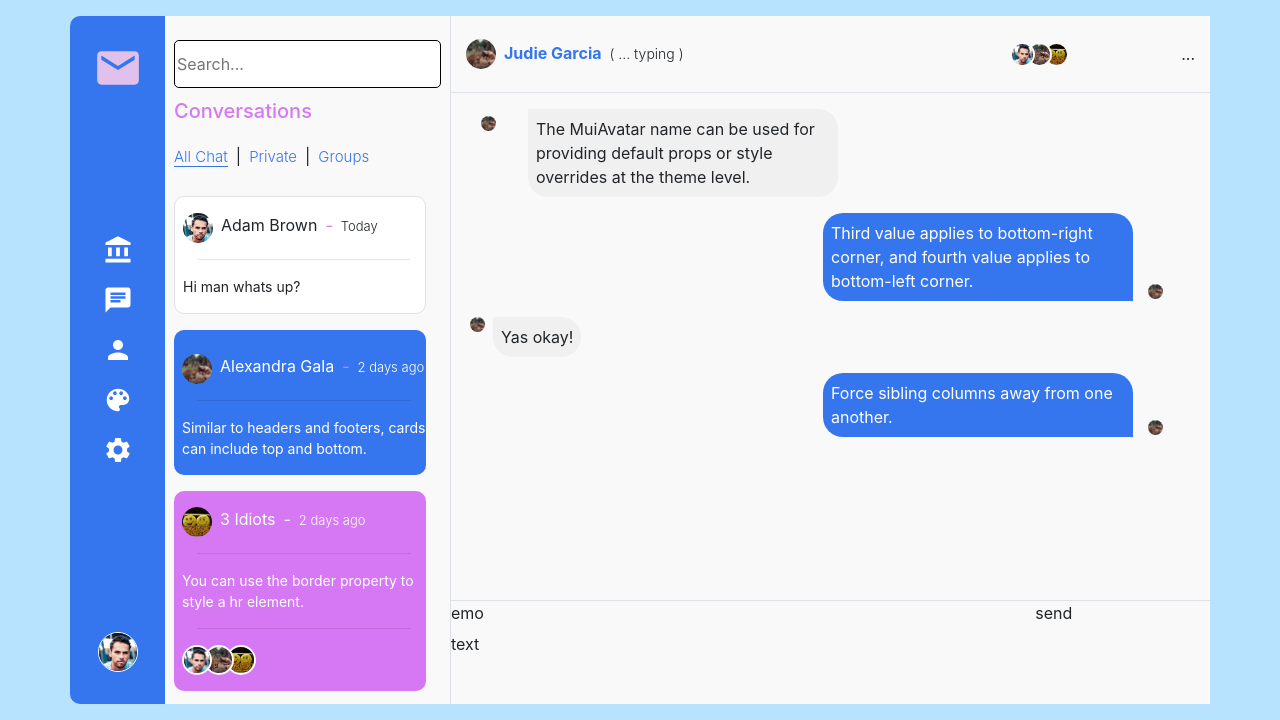
Repository: arafat877/super-chat
Page: /
The author's editor kept a copy of each file at every save. The page is drawn from the files as they stood at one save, then again after the next save.
The browser window is 1280 px wide. The pictures show the whole page.
The project was rebuilt for these pictures with package versions that can differ from the ones it lists, and the page was loaded fresh each time.

Above is the page before, as saved 2020-08-07 02:27:34.

### public/index.html
<!DOCTYPE html>
<html lang="en">
  <head>
    <meta charset="utf-8" />
    <meta name="viewport" content="width=device-width, initial-scale=1" />
    <meta name="theme-color" content="#000000" />
    <meta
      name="description"
      content="Chat application with node.js, express, react.js, mongoDb and socket.io"
    />
    <link rel="stylesheet" href="styles.css" />
    <link
      rel="stylesheet"
      href="https://maxcdn.bootstrapcdn.com/bootstrap/4.5.0/css/bootstrap.min.css"
      integrity="sha384-9aIt2nRpC12Uk9gS9baDl411NQApFmC26EwAOH8WgZl5MYYxFfc+NcPb1dKGj7Sk"
      crossorigin="anonymous"
    />
    <link
      href="https://fonts.googleapis.com/css2?family=Roboto:wght@100;300;400;500;700;900&display=swap"
      rel="stylesheet"
    />

    <title>Super Chat</title>
  </head>
  <body>
    <noscript>You need to enable JavaScript to run this app.</noscript>
    <div id="root"></div>
  </body>
</html>

### src/App.js
import React from "react";
import "./App.scss";
import {
  Email,
  Chat,
  Person,
  Settings,
  Palette,
  AccountBalance,
} from "@material-ui/icons";

import { Avatar } from "@material-ui/core";
import { AvatarGroup } from "@material-ui/lab";

function App() {
  return (
    <div className="appContainer vh-100 d-flex">
      <div className="container mt-3 mb-3 appWrapper">
        <div className="row h-100">
          <div className="col-1 d-none d-sm-none d-md-block container h-100 firstCol">
            <div className="row logoRow justify-content-center">
              <Email className="m-auto logo" />
            </div>
            <div className="row menuRow">
              <ul className="menuList m-auto p-0">
                <li className="menuItem">
                  <AccountBalance className="menuItemIcon" />
                </li>
                <li className="menuItem">
                  <Chat className="menuItemIcon" />
                </li>
                <li className="menuItem">
                  <Person className="menuItemIcon" />
                </li>
                <li className="menuItem">
                  <Palette className="menuItemIcon" />
                </li>
                <li className="menuItem">
                  <Settings className="menuItemIcon" />
                </li>
              </ul>
            </div>
            <div className="row photoRow justify-content-center">
              <img
                className="m-auto profilePhoto"
                src={require("./assets/m1.jpeg")}
                alt="profile"
              />
            </div>
          </div>
          <div className="col-3 container h-100 secondCol p-4">
            <div className="row searchRow">
              <input className="searchInput" placeholder="Search..." />
            </div>
            <div className="row convRow mt-2">
              <span className="convSpan">Conversations</span>
            </div>
            <div className="row selectRow mb-1">
              <ul className="selectionList pl-0">
                <li
                  className="selectionListItem d-inline mr-2"
                  style={{ borderBottom: "solid 0.05px #3576ef" }}
                >
                  All Chat
                </li>
                |
                <li className="selectionListItem d-inline mr-2 ml-2">
                  Private
                </li>
                |
                <li className="selectionListItem d-inline mr-2 ml-2">Groups</li>
              </ul>
            </div>
            <div className="row groupsRow">
              <div className="container">
                <div className="row convCard pt-3 pb-3 pl-2 mt-3">
                  <div className="container">
                    <div className="row">
                      <img
                        className="userProfilePicture"
                        src={require("./assets/m1.jpeg")}
                        alt="User Profile"
                      />
                      <span className="userName ml-2">Adam Brown</span>
                      <span className="dash ml-2">-</span>
                      <span className="chatDate ml-2 mt-1">Today</span>
                    </div>
                    <hr></hr>
                    <div className="row">
                      <span className="text">Hi man whats up?</span>
                    </div>
                  </div>
                </div>

                <div className="row convCardHot pt-4 pb-3 pl-2 mt-3">
                  <div className="container">
                    <div className="row">
                      <img
                        className="userProfilePicture"
                        src={require("./assets/f1.jpeg")}
                        alt="User Profile"
                      />
                      <span className="userName ml-2">Alexandra Gala</span>
                      <span className="dash ml-2">-</span>
                      <span className="chatDate ml-2 mt-1">2 days ago</span>
                    </div>
                    <hr></hr>
                    <div className="row">
                      <span className="text">
                        Similar to headers and footers, cards can include top
                        and bottom.
                      </span>
                    </div>
                  </div>
                </div>

                <div className="row convCardGroup pt-3 pb-3 pl-2 mt-3">
                  <div className="container">
                    <div className="row">
                      <img
                        className="userProfilePicture"
                        src={require("./assets/g1.jpeg")}
                        alt="User Profile"
                      />
                      <span className="userName ml-2">3 Idiots</span>
                      <span className="dash ml-2">-</span>
                      <span className="chatDate ml-2 mt-1">2 days ago</span>
                    </div>
                    <hr></hr>
                    <div className="row">
                      <span className="text">
                        You can use the border property to style a hr element.
                      </span>
                    </div>
                    <hr></hr>
                    <div className="row">
                      <AvatarGroup max={3} className="mr-4">
                        <Avatar
                          alt="Remy Sharp"
                          className="avatar"
                          src={require("./assets/m1.jpeg")}
                        />
                        <Avatar
                          alt="Travis Howard"
                          className="avatar"
                          src={require("./assets/f1.jpeg")}
                        />
                        <Avatar
                          alt="Cindy Baker"
                          className="avatar"
                          src={require("./assets/g1.jpeg")}
                        />
                      </AvatarGroup>
                    </div>
                  </div>
                </div>
              </div>
            </div>
          </div>
          <div className="col-8 container h-100 thirdCol">
            <div className="row chatInfo">
              <div className="col-6 m-auto">
                <img
                  className="infoUserPicture"
                  src={require("./assets/f1.jpeg")}
                  alt="User Profile"
                />
                <span className="infoUserName ml-2">Judie Garcia</span>
                <span className="infoTyping ml-2">( ... typing )</span>
              </div>
              <div className="col-4 mt-auto mb-auto justify-content-right infoGroup">
                <AvatarGroup max={3} className="float-right">
                  <Avatar
                    alt="Remy Sharp"
                    className="avatar"
                    src={require("./assets/m1.jpeg")}
                  />
                  <Avatar
                    alt="Travis Howard"
                    className="avatar"
                    src={require("./assets/f1.jpeg")}
                  />
                  <Avatar
                    alt="Cindy Baker"
                    className="avatar"
                    src={require("./assets/g1.jpeg")}
                  />
                </AvatarGroup>
              </div>
              <div className="col-2 m-auto">
                <span className="float-right">...</span>
              </div>
            </div>
            <div className="row chatMessages">
              <div className="container">
                {/* MessageRow */}
                <div className="row messageRow ml-0 mt-3">
                  <div className="col-1">
                    <img
                      className="messageUserProfilePicture mb-auto"
                      src={require("./assets/f1.jpeg")}
                      alt="User Profile"
                    />
                  </div>
                  <div className="col-5 ml-0 text p-2">
                    The MuiAvatar name can be used for providing default props
                    or style overrides at the theme level.
                  </div>
                </div>

                {/* MessageRow Owner*/}
                <div className="row messageRowOwner mr-0 mt-3">
                  <div className="col-5 offset-6 text p-2">
                    Third value applies to bottom-right corner, and fourth value
                    applies to bottom-left corner.
                  </div>
                  <div className="col-1 mt-auto float-right">
                    <img
                      className="messageUserProfilePicture "
                      src={require("./assets/f1.jpeg")}
                      alt="User Profile"
                    />
                  </div>
                </div>
                {/* MessageRow */}
                <div className="row messageRow ml-1 mt-3">
                  <img
                    className="messageUserProfilePicture mb-auto mr-2"
                    src={require("./assets/f1.jpeg")}
                    alt="User Profile"
                  />
                  <div className="text p-2">Yas okay!</div>
                </div>
                {/* MessageRow */}
                <div className="row messageRowOwner mr-0 mt-3">
                  <div className="col-5 offset-6 text p-2">
                    Force sibling columns away from one another.
                  </div>
                  <div className="col-1 mt-auto float-right">
                    <img
                      className="messageUserProfilePicture "
                      src={require("./assets/f1.jpeg")}
                      alt="User Profile"
                    />
                  </div>
                </div>
                {/* MessageRow */}
              </div>
            </div>
            <div className="row chatInput">
              <div className="col-md-9 container">
                <div className="row inputEmoji">emo</div>
                <div className="row inputText">text</div>
              </div>
              <div className="col-md-3">send</div>
            </div>
          </div>
        </div>
      </div>
    </div>
  );
}

export default App;

### src/App.scss
.appContainer {
  background-color: #b7e3fe;

  .appWrapper {
    background-color: #3576ef;
    border-radius: 10px;

    .firstCol {
      .logoRow {
        height: 15%;

        .logo {
          font-size: 50px;
          color: rgb(226, 192, 236);
        }
      }
      .menuRow {
        height: 70%;

        .menuList {
          list-style: none;

          .menuItem {
            margin-bottom: 20px;

            .menuItemIcon {
              font-size: 30px;
              color: white;
            }
          }
        }
      }
      .photoRow {
        height: 15%;

        .profilePhoto {
          height: 40px;
          width: 40px;
          border: solid thin white;
          border-radius: 50%;
          object-fit: cover;
        }
      }
    }

    .secondCol {
      background-color: #f9f9f9;

      .searchRow {
        height: 7.5%;

        .searchInput {
          width: 100%;
          border: solid 0.5px;
          background-color: white;
          border-radius: 5px;

          &:focus {
            outline: none;
          }
        }
      }

      .convRow {
        height: 7.5%;

        .convSpan {
          font-weight: 500;
          font-size: 20px;
          color: rgb(214, 120, 243);
        }
      }
      .selectRow {
        height: 5%;

        .selectionList {
          list-style: none;

          .selectionListItem {
            font-weight: 300;
            font-size: 15px;
            color: #3576ef;
          }
        }
      }

      ::-webkit-scrollbar {
        width: 5px;
        height: 5px;
      }

      ::-webkit-scrollbar-track {
        background: white; /* color of the tracking area */
      }

      ::-webkit-scrollbar-thumb {
        background-color: #b5caf0; /* color of the scroll thumb */
        border-radius: 5px; /* roundness of the scroll thumb */
      }

      .groupsRow {
        height: 80%;
        overflow-y: scroll;

        .convCard {
          background-color: white;
          border: solid 0.5px #dee2e6;
          border-radius: 10px;
          margin-right: 0;

          .userProfilePicture {
            height: 30px;
            width: 30px;
            border-radius: 50%;
            object-fit: cover;
          }

          .userName {
            // color: white;
          }

          .dash {
            color: rgb(214, 120, 243);
          }

          .chatDate {
            // color: white;
            font-size: 13px;
            font-weight: 300;
          }

          .text {
            // color: white;
            font-size: 14px;
          }
        }

        .convCardHot {
          background-color: #3576ef;
          border-radius: 10px;
          margin-right: 0;

          .userProfilePicture {
            height: 30px;
            width: 30px;
            border-radius: 50%;
            object-fit: cover;
          }

          .userName {
            color: white;
          }

          .dash {
            color: rgb(214, 120, 243);
          }

          .chatDate {
            color: white;
            font-size: 13px;
            font-weight: 300;
          }

          .hr {
            border-color: rgb(214, 120, 243);
            margin-bottom: 5px;
          }

          .text {
            color: white;
            font-size: 14px;
          }
        }

        .convCardGroup {
          background-color: rgb(214, 120, 243);
          border-radius: 10px;
          margin-right: 0;

          .userProfilePicture {
            height: 30px;
            width: 30px;
            border-radius: 50%;
            object-fit: cover;
          }

          .userName {
            color: white;
          }

          .dash {
            color: white;
          }

          .chatDate {
            color: white;
            font-size: 13px;
            font-weight: 300;
          }

          .hr {
            border-color: rgb(214, 120, 243);
            margin-bottom: 5px;
          }

          .text {
            color: white;
            font-size: 14px;
          }

          .avatar {
            height: 30px;
            width: 30px;
          }
        }
      }
    }

    .thirdCol {
      background-color: #f9f9f9;
      border-left: solid thin #dee2e6;

      .chatInfo {
        height: 11.25%;
        border-bottom: solid thin #dee2e6;

        .infoUserPicture {
          height: 30px;
          width: 30px;
          border-radius: 50%;
          object-fit: cover;
        }

        .infoUserName {
          color: #3576ef;
          font-weight: 700;
        }

        .infoTyping {
          font-size: 14px;
          font-weight: 300;
        }

        .infoGroup {
          .avatar {
            height: 25px;
            width: 25px;
          }
        }
      }
      .chatMessages {
        height: 73.75%;
        border-bottom: solid thin #dee2e6;

        .messageRow {
          .messageUserProfilePicture {
            height: 15px;
            width: 15px;
            border-radius: 50%;
            object-fit: cover;
          }

          .text {
            background-color: #f0f0f0;
            border-radius: 0px 20px 20px 20px;
          }
        }

        .messageRowOwner {
            .messageUserProfilePicture {
              height: 15px;
              width: 15px;
              border-radius: 50%;
              object-fit: cover;
            }

            .text {
              background-color: #3576ef;
              color: white;
              border-radius: 20px 20px 0px 20px;
            }
          }

      }
      .chatInput {
        height: 15%;

        .inputEmoji {
          height: 30%;
        }
        .inputText {
          height: 70%;
        }
      }
    }
  }
}

Loaded but not shown: src/index.js (common file); public/styles.css (common file)

After the next save:
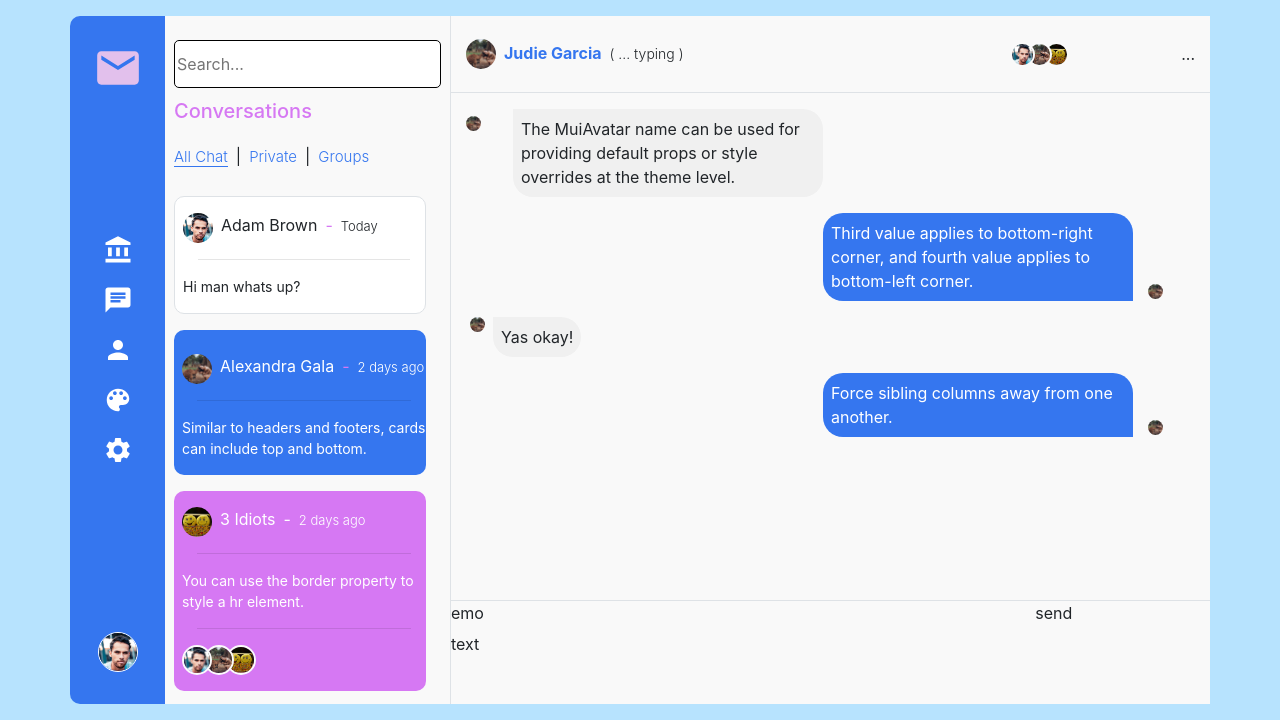
Saved 11 s later.
--- a/src/App.js
+++ b/src/App.js
@@ -194,7 +194,7 @@ function App() {
             <div className="row chatMessages">
               <div className="container">
                 {/* MessageRow */}
-                <div className="row messageRow ml-0 mt-3">
+                <div className="row messageRow mr-0 mt-3">
                   <div className="col-1">
                     <img
                       className="messageUserProfilePicture mb-auto"
@@ -202,7 +202,7 @@ function App() {
                       alt="User Profile"
                     />
                   </div>
-                  <div className="col-5 ml-0 text p-2">
+                  <div className="col-5 text p-2">
                     The MuiAvatar name can be used for providing default props
                     or style overrides at the theme level.
                   </div>
